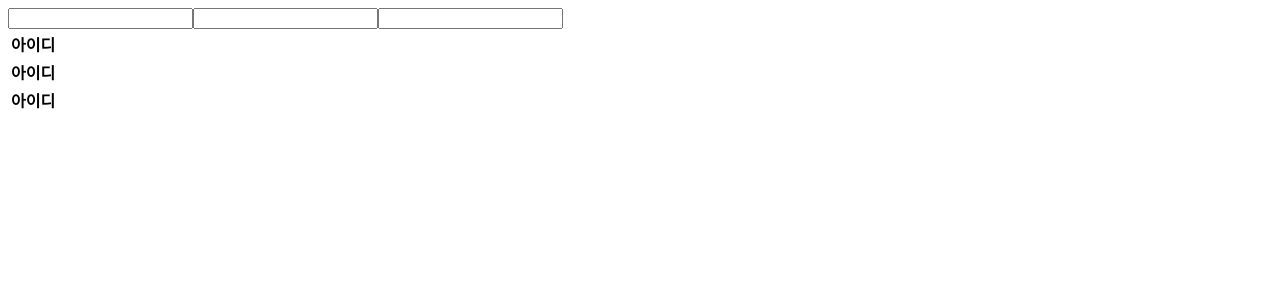
Repository: hyeri-seo/JSP
Page: http://localhost/Hello/login.jsp
An editor plug-in stored every save of this project. The page is shown before and after the next save, followed by the edit.
The browser window is 1280 px wide. The pictures show the whole page.
The page is served by Tomcat 9. Other server files are loaded and not shown.

Above is the page before, as saved 2023-09-19 03:33:40.

### Hello/src/main/webapp/login.jsp
<%@ page language="java" contentType="text/html; charset=UTF-8"
    pageEncoding="UTF-8"%>
<!DOCTYPE html>
<html>
<head>
<meta charset="UTF-8">
<title>Insert title here</title>
</head>
<body>
<form action="/login" method="post">
<table>
	<tr><th>아이디</th></tr><input type="text" name="id"/></td></tr>
	<tr><th>아이디</th></tr><input type="password" name="password"/></td></tr>
	<tr><th>아이디</th></tr><input type="text" name="id"/></td></tr>

</table>
</body>
</html>

After the next save:
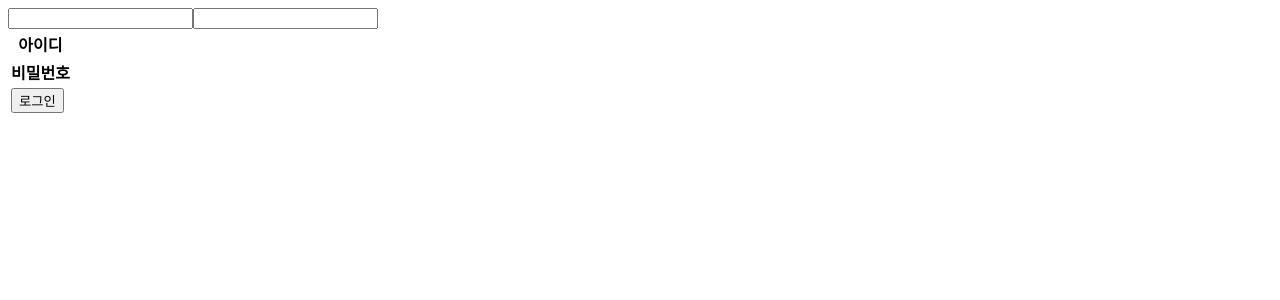
Saved 39 s later.
--- a/Hello/src/main/webapp/login.jsp
+++ b/Hello/src/main/webapp/login.jsp
@@ -10,8 +10,8 @@
 <form action="/login" method="post">
 <table>
 	<tr><th>아이디</th></tr><input type="text" name="id"/></td></tr>
-	<tr><th>아이디</th></tr><input type="password" name="password"/></td></tr>
-	<tr><th>아이디</th></tr><input type="text" name="id"/></td></tr>
+	<tr><th>비밀번호</th></tr><input type="password" name="password"/></td></tr>
+	<tr><td colspan="2"><input type="submit" value="로그인"/></td></tr>
 
 </table>
 </body>
